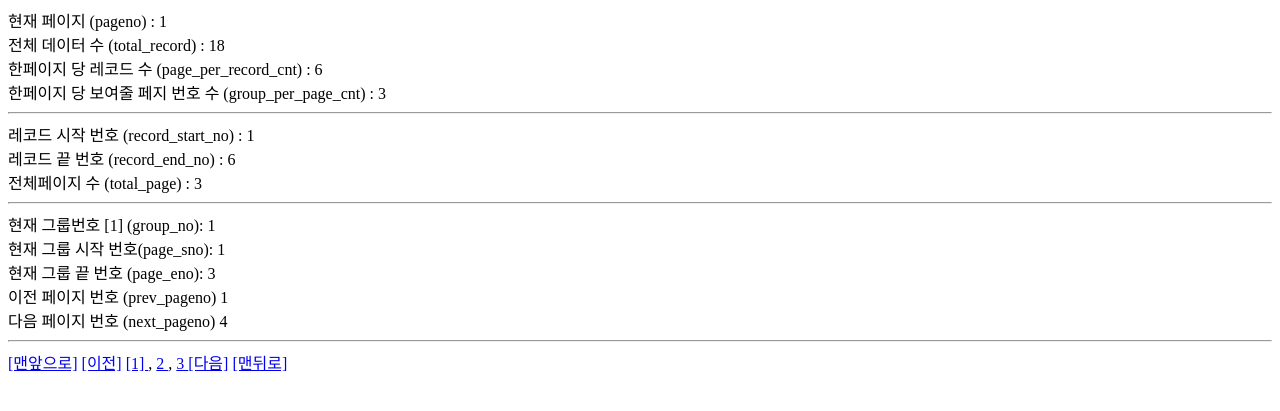
Repository: MinJae1/test
Page: http://localhost/ezenMall/view/test.jsp?pageno=1
An editor plug-in stored every save of this project. The page is shown before and after the next save, followed by the edit.
The browser window is 1280 px wide. The pictures show the whole page.
The page is served by Tomcat 9. Other server files are loaded and not shown.

Above is the page before, as saved 2018-11-07 02:02:51.

### java/ezenMall/WebContent/view/test.jsp
<%@ page language="java" contentType="text/html; charset=EUC-KR" pageEncoding="EUC-KR"%>
<%!
	public Integer toInt(String x){
		int a = 0;
		try{
			a = Integer.parseInt(x);
		}catch(Exception e){}
		return a;
	}
%>
<%
	int pageno = toInt(request.getParameter("pageno"));
	if(pageno<1){//현재 페이지
		pageno = 1;
	}
	int total_record = 18;		   //총 레코드 수
	int page_per_record_cnt = 6;  //페이지 당 레코드 수
	int group_per_page_cnt =3;     //페이지 당 보여줄 번호 수[1],[2],[3],[4],[5]
//					  									  [6],[7],[8],[9],[10]

	int record_end_no = pageno*page_per_record_cnt;
	int record_start_no = record_end_no-(page_per_record_cnt-1);
	if(record_end_no>total_record){
		record_end_no = total_record;
	}


	int total_page = total_record / page_per_record_cnt + (total_record % page_per_record_cnt>0 ? 1 : 0);
	if(pageno>total_page){
		pageno = total_page;
	}




// 	현재 페이지(정수) / 한페이지 당 보여줄 페지 번호 수(정수) + (그룹 번호는 현제 페이지(정수) % 한페이지 당 보여줄 페지 번호 수(정수)>0 ? 1 : 0)
	int group_no = pageno/group_per_page_cnt+( pageno%group_per_page_cnt>0 ? 1:0);
//		현재 그룹번호 = 현재페이지 / 페이지당 보여줄 번호수 (현재 페이지 % 페이지당 보여줄 번호 수 >0 ? 1:0)
//	ex) 	14		=	13(몫)		=	 (66 / 5)		1	(1(나머지) =66 % 5)

	int page_eno = group_no*group_per_page_cnt;
//		현재 그룹 끝 번호 = 현재 그룹번호 * 페이지당 보여줄 번호
//	ex) 	70		=	14	*	5
	int page_sno = page_eno-(group_per_page_cnt-1);
// 		현재 그룹 시작 번호 = 현재 그룹 끝 번호 - (페이지당 보여줄 번호 수 -1)
//	ex) 	66	=	70 - 	4 (5 -1)

	if(page_eno>total_page){
//	   현재 그룹 끝 번호가 전체페이지 수 보다 클 경우
		page_eno=total_page;
//	   현재 그룹 끝 번호와 = 전체페이지 수를 같게
	}

	int prev_pageno = page_sno-group_per_page_cnt;  // <<  *[이전]* [21],[22],[23]... [30] [다음]  >>
//		이전 페이지 번호	= 현재 그룹 시작 번호 - 페이지당 보여줄 번호수
//	ex)		46		=	51 - 5
	int next_pageno = page_sno+group_per_page_cnt;	// <<  [이전] [21],[22],[23]... [30] *[다음]*  >>
//		다음 페이지 번호 = 현재 그룹 시작 번호 + 페이지당 보여줄 번호수
//	ex)		56		=	51 - 5
	if(prev_pageno<1){
//		이전 페이지 번호가 1보다 작을 경우
		prev_pageno=1;
//		이전 페이지를 1로
	}
	if(next_pageno>total_page){
//		다음 페이지보다 전체페이지 수보가 클경우
		next_pageno=total_page/group_per_page_cnt*group_per_page_cnt+1;
//		next_pageno=total_page
//		다음 페이지 = 전체페이지수 / 페이지당 보여줄 번호수 * 페이지당 보여줄 번호수 + 1
//	ex)			   = 	76 / 5 * 5 + 1	????????
	}

	// [1][2][3].[10]
	// [11][12]
%>
현재 페이지   (pageno)   : <%=pageno%><br />
전체 데이터 수   (total_record) : <%=total_record %><br />
한페이지 당 레코드 수   (page_per_record_cnt) : <%=page_per_record_cnt %><br />
한페이지 당 보여줄 페지 번호 수   (group_per_page_cnt) : <%=group_per_page_cnt %><br />

<hr />
레코드 시작 번호  (record_start_no) : <%=record_start_no%><br />
레코드 끝 번호    (record_end_no) : <%=record_end_no %><br />
전체페이지 수     (total_page)  : <%=total_page %><br />
<hr />
현재 그룹번호 [1] (group_no):  <%=group_no %><br />
현재 그룹 시작 번호(page_sno): <%= page_sno%><br />
현재 그룹 끝 번호  (page_eno): <%= page_eno%><br />
이전 페이지 번호   (prev_pageno) <%=prev_pageno%><br />
다음 페이지 번호   (next_pageno) <%=next_pageno%><br />
<hr />


<a href="test.jsp?pageno=1">[맨앞으로]</a>
<a href="test.jsp?pageno=<%=prev_pageno%>">[이전]</a>
<%for(int i =page_sno;i<=page_eno;i++){%>
	<a href="test.jsp?pageno=<%=i %>">
		<%if(pageno == i){ %>
			[<%=i %>]
		<%}else{ %>
			<%=i %>
		<%} %>
	</a>
<%--	콤마	 --%>
	<%if(i<page_eno){ %>
		,
	<%} %>
<%} %>

<a href="test.jsp?pageno=<%=next_pageno%>" >[다음]</a>
<a href="test.jsp?pageno=<%=total_page %>">[맨뒤로]</a>

After the next save:
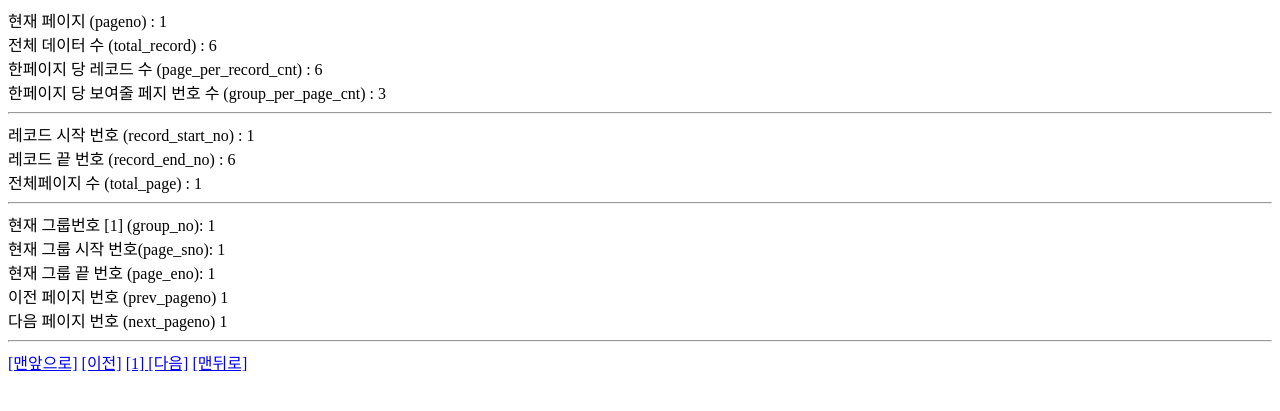
Saved 66 s later.
--- a/java/ezenMall/WebContent/view/test.jsp
+++ b/java/ezenMall/WebContent/view/test.jsp
@@ -13,7 +13,7 @@
 	if(pageno<1){//현재 페이지
 		pageno = 1;
 	}
-	int total_record = 18;		   //총 레코드 수
+	int total_record = 6;		   //총 레코드 수
 	int page_per_record_cnt = 6;  //페이지 당 레코드 수
 	int group_per_page_cnt =3;     //페이지 당 보여줄 번호 수[1],[2],[3],[4],[5]
 //					  									  [6],[7],[8],[9],[10]

After the save that followed:
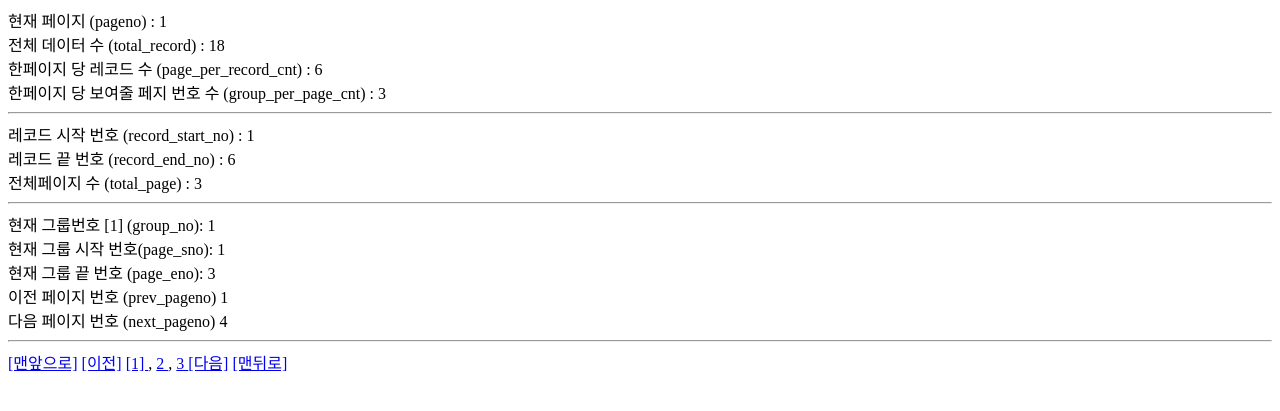
Saved 7 s later.
--- a/java/ezenMall/WebContent/view/test.jsp
+++ b/java/ezenMall/WebContent/view/test.jsp
@@ -13,7 +13,7 @@
 	if(pageno<1){//현재 페이지
 		pageno = 1;
 	}
-	int total_record = 6;		   //총 레코드 수
+	int total_record = 18;		   //총 레코드 수
 	int page_per_record_cnt = 6;  //페이지 당 레코드 수
 	int group_per_page_cnt =3;     //페이지 당 보여줄 번호 수[1],[2],[3],[4],[5]
 //					  									  [6],[7],[8],[9],[10]
